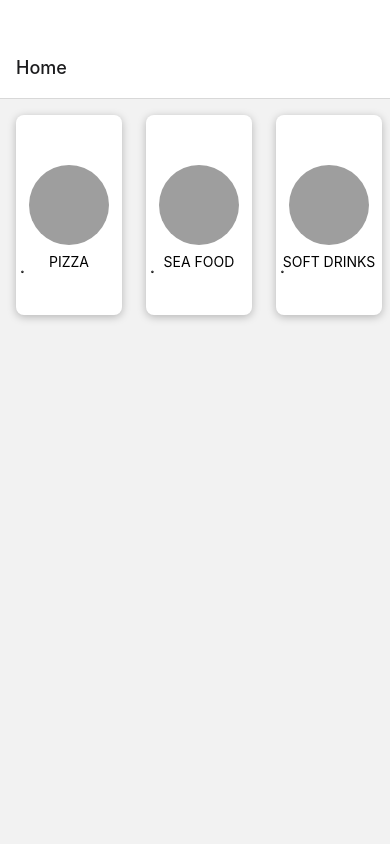
Repository: Esraa22M/ReactNative
Screen: /
These files come from the project's save history. The screen is drawn as it stood at one moment and after the next save; the edit follows.
Pictures or frames that could not be fetched are drawn as grey boxes. The app was drawn by React Native's web renderer in a window 390 px wide. The project was rebuilt for these pictures with package versions that can differ from the ones it lists, and the page was loaded fresh each time. Also part of the build but not shown: src/components/header/header.component.js, src/colors/front-screen-colors/user-auth-colors.js, src/components/header/header.styles.js, src/components/textInput/textInput.styles.js, src/components/textInput/textInput.components.jsx, src/components/singup-form-body/singup-form-body.components.js, src/screens/front-screen/Singup/singup-screen.screens.jsx, src/authentication/api/login-info.js and 2 more.

Above is the screen before, as saved 2023-09-21 01:16:52.

After the next save:
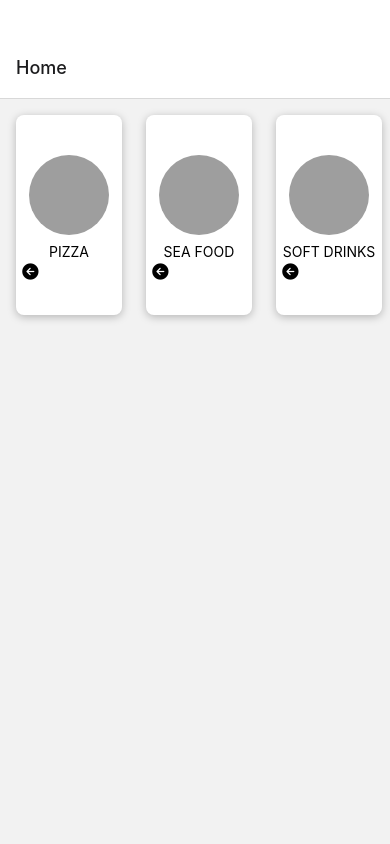
Saved 10 s later.
--- a/src/components/categories/category-item.components.js
+++ b/src/components/categories/category-item.components.js
@@ -9,7 +9,7 @@ export const CategoryItem = ({ item }) => {
       <Pressable>
         <Image source={{ uri: image }} style={styles.image} />
         <Text style={styles.categoryName}>{name}</Text>
-        <IconButton name={"arrow-back-circle"} size={3} color="black" />
+        <IconButton name={"arrow-back-circle"} size={20} color="black" />
       </Pressable>
     </View>
   );
